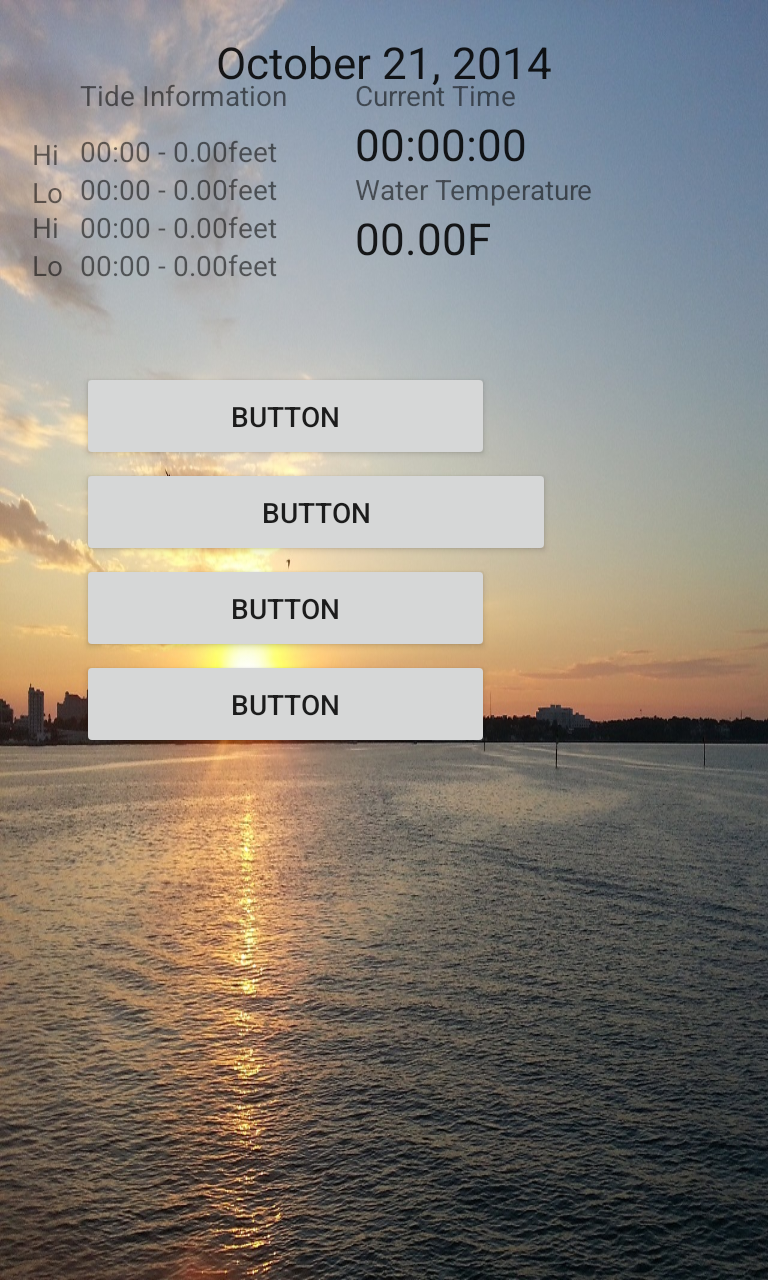
Repository: zerox2012/Fall2014Android
Layout: FishingBuddy/res/layout/activity_main_menu.xml
These files come from the project's save history. The layout is drawn as it stood at one moment and after the next save; the edit follows.
It is drawn on a 768 x 1280 px phone screen (xhdpi) without system bars, with theme AppTheme; the app's code is not run.

Above is the layout before, as saved 2014-10-20 21:48:20.

### FishingBuddy/res/layout/activity_main_menu.xml
<RelativeLayout xmlns:android="http://schemas.android.com/apk/res/android"
    xmlns:tools="http://schemas.android.com/tools"
    android:layout_width="match_parent"
    android:layout_height="match_parent"
    android:background="@drawable/menu"
    android:paddingBottom="@dimen/activity_vertical_margin"
    android:paddingLeft="@dimen/activity_horizontal_margin"
    android:paddingRight="@dimen/activity_horizontal_margin"
    android:paddingTop="@dimen/activity_vertical_margin"
    tools:context="usf.fall2014.android.fishingbuddy.MainMenu" >

    <TextView
        android:id="@+id/label_tide_information"
        android:layout_width="wrap_content"
        android:layout_height="wrap_content"
        android:layout_alignBaseline="@+id/label_current_time"
        android:layout_alignBottom="@+id/label_current_time"
        android:layout_alignParentLeft="true"
        android:layout_marginLeft="24dp"
        android:text="@string/label_tide_information" />

    <TextView
        android:id="@+id/label_current_time"
        android:layout_width="wrap_content"
        android:layout_height="wrap_content"
        android:layout_alignParentTop="true"
        android:layout_marginLeft="34dp"
        android:layout_marginTop="22dp"
        android:layout_toRightOf="@+id/label_tide_information"
        android:text="@string/label_current_time" />

    <TextView
        android:id="@+id/label_temp"
        android:layout_width="wrap_content"
        android:layout_height="wrap_content"
        android:layout_alignLeft="@+id/label_current_time"
        android:layout_below="@+id/label_current_time"
        android:layout_marginTop="28dp"
        android:text="@string/label_water_temp" />

    <TextView
        android:id="@+id/value_current_time"
        android:layout_width="wrap_content"
        android:layout_height="wrap_content"
        android:layout_alignLeft="@+id/label_temp"
        android:layout_below="@+id/label_current_time"
        android:text="00:00:00"
        android:textAppearance="?android:attr/textAppearanceLarge" />

    <TextView
        android:id="@+id/value_water_temp"
        android:layout_width="wrap_content"
        android:layout_height="wrap_content"
        android:layout_alignLeft="@+id/label_temp"
        android:layout_below="@+id/label_temp"
        android:text="00.00F"
        android:textAppearance="?android:attr/textAppearanceLarge" />

    <TextView
        android:id="@+id/textView1"
        android:layout_width="wrap_content"
        android:layout_height="wrap_content"
        android:layout_alignBottom="@+id/value_current_time"
        android:layout_alignParentLeft="true"
        android:text="Hi" />

    <TextView
        android:id="@+id/textView2"
        android:layout_width="wrap_content"
        android:layout_height="wrap_content"
        android:layout_alignLeft="@+id/textView1"
        android:layout_below="@+id/textView1"
        android:text="Lo" />

    <TextView
        android:id="@+id/textView3"
        android:layout_width="wrap_content"
        android:layout_height="wrap_content"
        android:layout_alignLeft="@+id/textView2"
        android:layout_alignTop="@+id/value_water_temp"
        android:text="Hi" />

    <TextView
        android:id="@+id/textView4"
        android:layout_width="wrap_content"
        android:layout_height="wrap_content"
        android:layout_alignLeft="@+id/textView3"
        android:layout_below="@+id/textView3"
        android:text="Lo" />

    <TextView
        android:id="@+id/textView6"
        android:layout_width="wrap_content"
        android:layout_height="wrap_content"
        android:layout_above="@+id/textView3"
        android:layout_alignLeft="@+id/textView5"
        android:text="00:00 - 0.00feet" />

    <TextView
        android:id="@+id/textView7"
        android:layout_width="wrap_content"
        android:layout_height="wrap_content"
        android:layout_alignBaseline="@+id/textView3"
        android:layout_alignBottom="@+id/textView3"
        android:layout_alignLeft="@+id/textView6"
        android:text="00:00 - 0.00feet" />

    <TextView
        android:id="@+id/textView8"
        android:layout_width="wrap_content"
        android:layout_height="wrap_content"
        android:layout_alignBaseline="@+id/textView4"
        android:layout_alignBottom="@+id/textView4"
        android:layout_alignLeft="@+id/textView7"
        android:text="00:00 - 0.00feet" />

    <TextView
        android:id="@+id/textView5"
        android:layout_width="wrap_content"
        android:layout_height="wrap_content"
        android:layout_above="@+id/textView6"
        android:layout_alignLeft="@+id/label_tide_information"
        android:text="00:00 - 0.00feet" />

    <TextView
        android:id="@+id/today_date"
        android:layout_width="wrap_content"
        android:layout_height="wrap_content"
        android:layout_alignParentTop="true"
        android:layout_centerHorizontal="true"
        android:text="October 21, 2014"
        android:textAppearance="?android:attr/textAppearanceLarge" />

    <Button
        android:id="@+id/button_map"
        android:layout_width="wrap_content"
        android:layout_height="wrap_content"
        android:layout_alignLeft="@+id/textView8"
        android:layout_alignRight="@+id/value_water_temp"
        android:layout_below="@+id/textView8"
        android:layout_marginTop="42dp"
        android:text="Button" />

    <Button
        android:id="@+id/button_gallery"
        android:layout_width="wrap_content"
        android:layout_height="wrap_content"
        android:layout_alignLeft="@+id/button_map"
        android:layout_alignRight="@+id/today_date"
        android:layout_below="@+id/button_map"
        android:text="Button" />

    <Button
        android:id="@+id/button_setting"
        android:layout_width="wrap_content"
        android:layout_height="wrap_content"
        android:layout_alignLeft="@+id/button_map"
        android:layout_alignRight="@+id/button_map"
        android:layout_below="@+id/button_gallery"
        android:text="Button" />

    <Button
        android:id="@+id/button_exitapp"
        android:layout_width="wrap_content"
        android:layout_height="wrap_content"
        android:layout_alignLeft="@+id/button_map"
        android:layout_alignRight="@+id/button_map"
        android:layout_below="@+id/button_setting"
        android:text="Button" />

</RelativeLayout>

### FishingBuddy/res/values/strings.xml
<?xml version="1.0" encoding="utf-8"?>
<resources>

    <string name="app_name">FishingBuddy</string>
    <string name="hello_world">Hello world!</string>
    <string name="action_settings">Settings</string>
    <string name="title_activity_main_menu">MainMenu</string>
    <string name="title_activity_gallery">Gallery</string>
    <string name="title_activity_message">Message</string>
    <string name="title_activity_new_user">NewUser</string>
    <string name="title_activity_forgot_password">ForgotPassword</string>
    <string name="title_activity_map">Map</string>
    <string name="user_name">Username</string>
    <string name="password">Password</string>
    <string name="button_login">Login</string>
    <string name="new_user">New User</string>
    <string name="forgot_password">Forgot Password</string>
    <string name="remember_me">remember me</string>
    <string name="label_email">Email</string>
    <string name="label_confirm_email">Confirm</string>
    <string name="create_account">Create Account</string>
    <string name="cancel">Cancel</string>
    <string name="label_water_temp">Water Temperature</string>
    <string name="label_current_time">Current Time</string>
    <string name="label_tide_information">Tide Information</string>
    <string name="label_tide_chart">Hi                 Lo                  Hi                    Lo         </string>

</resources>

Loaded but not shown: FishingBuddy/res/values/styles.xml (common file); FishingBuddy/res/values-v11/styles.xml (common file); FishingBuddy/res/values-v14/styles.xml (common file); FishingBuddy/res/values/dimens.xml (common file); FishingBuddy/res/values-w820dp/dimens.xml (common file)

After the next save:
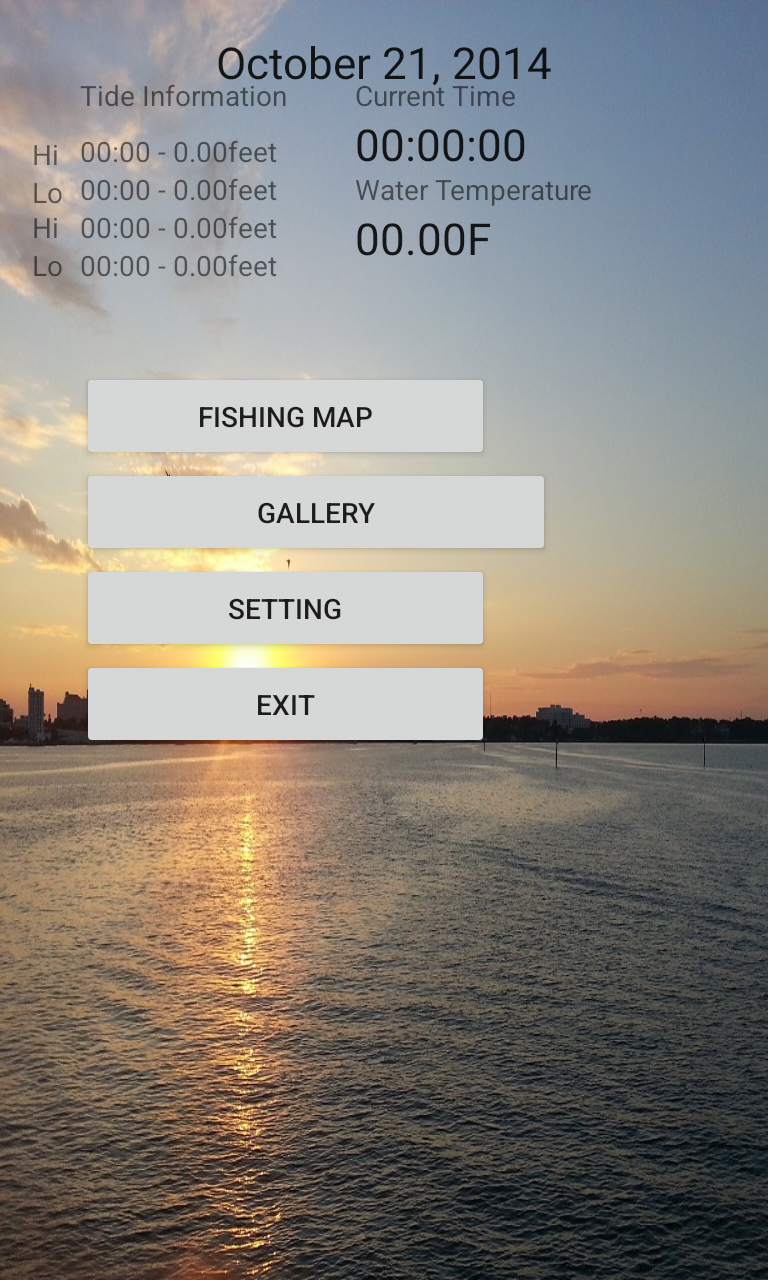
Saved 4 min 49 s later.
--- a/FishingBuddy/res/layout/activity_main_menu.xml
+++ b/FishingBuddy/res/layout/activity_main_menu.xml
@@ -139,7 +139,7 @@
         android:layout_alignRight="@+id/value_water_temp"
         android:layout_below="@+id/textView8"
         android:layout_marginTop="42dp"
-        android:text="Button" />
+        android:text="@string/button_map" />
 
     <Button
         android:id="@+id/button_gallery"
@@ -148,7 +148,7 @@
         android:layout_alignLeft="@+id/button_map"
         android:layout_alignRight="@+id/today_date"
         android:layout_below="@+id/button_map"
-        android:text="Button" />
+        android:text="@string/button_gallery" />
 
     <Button
         android:id="@+id/button_setting"
@@ -157,7 +157,7 @@
         android:layout_alignLeft="@+id/button_map"
         android:layout_alignRight="@+id/button_map"
         android:layout_below="@+id/button_gallery"
-        android:text="Button" />
+        android:text="@string/button_setting" />
 
     <Button
         android:id="@+id/button_exitapp"
@@ -166,6 +166,6 @@
         android:layout_alignLeft="@+id/button_map"
         android:layout_alignRight="@+id/button_map"
         android:layout_below="@+id/button_setting"
-        android:text="Button" />
+        android:text="@string/button_exitapp" />
 
 </RelativeLayout>
--- a/FishingBuddy/res/values/strings.xml
+++ b/FishingBuddy/res/values/strings.xml
@@ -24,5 +24,9 @@
     <string name="label_current_time">Current Time</string>
     <string name="label_tide_information">Tide Information</string>
     <string name="label_tide_chart">Hi                 Lo                  Hi                    Lo         </string>
+    <string name="button_map">Fishing Map</string>
+    <string name="button_gallery">Gallery</string>
+    <string name="button_setting">Setting</string>
+    <string name="button_exitapp">Exit</string>
 
 </resources>
